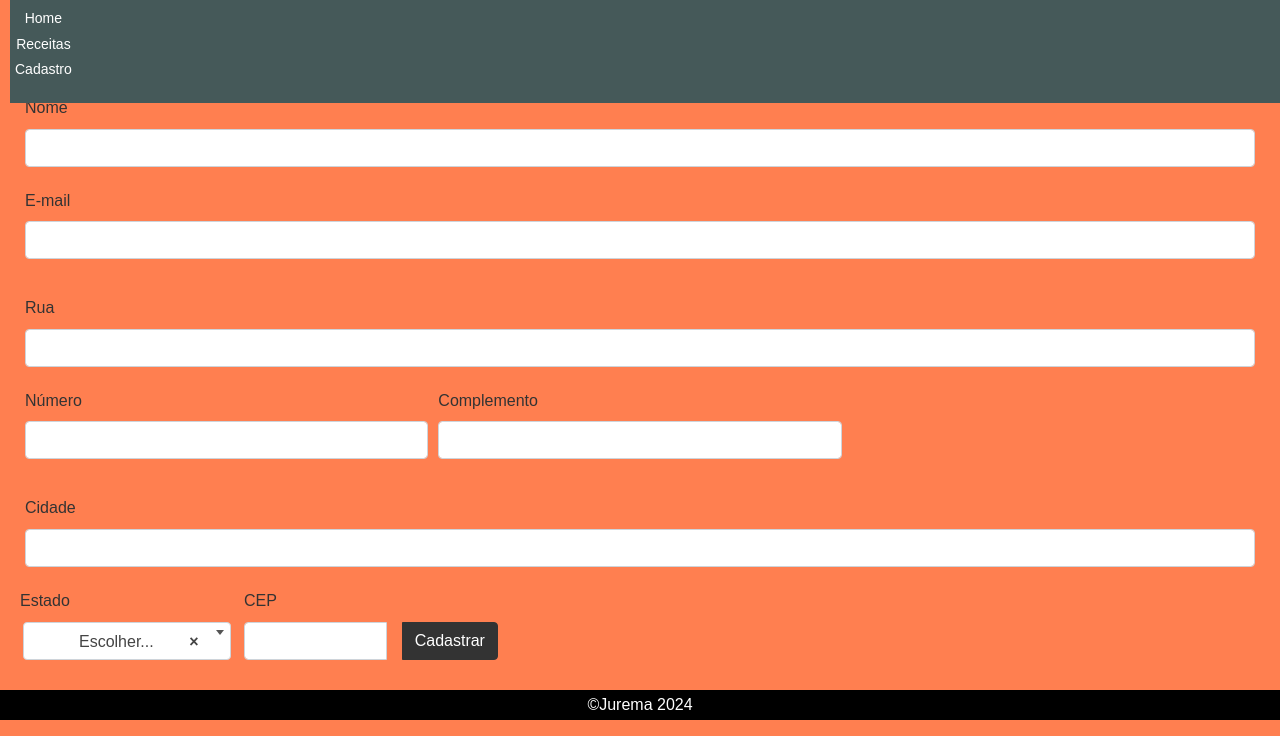
Repository: devropaes/RECEITAS
Page: OneDrive/Área de Trabalho/Estudos/Estácio/receitas/cadastro.html
An editor plug-in stored every save of this project. The page is shown before and after the next save, followed by the edit.
The browser window is 1280 px wide. The pictures show the whole page.

Above is the page before, as saved 2024-03-16 14:19:39.

### OneDrive/Área de Trabalho/Estudos/Estácio/receitas/cadastro.html
<!DOCTYPE html>
<html lang="pt-br">
<head>
    <meta charset="UTF-8">
    <meta http-equiv="X-UA-Compatible" content="IE=edge">
    <meta name="viewport" content="width=device-width, initial-scale=1.0">
    <title>Cadastro</title>
    <link rel="stylesheet" href="https://stackpath.bootstrapcdn.com/bootstrap/4.3.1/css/bootstrap.min.css" integrity="sha384-ggOyR0iXCbMQv3Xipma34MD+dH/1fQ784/j6cY/iJTQUOhcWr7x9JvoRxT2MZw1T" crossorigin="anonymous">
    <link href="https://cdnjs.cloudflare.com/ajax/libs/select2/4.0.13/css/select2.min.css" rel="stylesheet" />
    <link rel="stylesheet" href="cadastro.css">
    <link rel="stylesheet" href="formatos.css">

    <style>
        .navlist {
            justify-content: flex-start;
        }
    </style>
</head>
<body>
    <div class="page-container">
        <header>
            <nav>
                <ul class="navlist">
                    <li><a href="home.html">Home</a></li>
                    <li><a href="receitas.html">Receitas</a></li>
                    <li><a href="cadastro.html">Cadastro</a></li>
                </ul>
            </nav>
        </header>
    </body>

        <main class="container-fluid">
            <!-- Área Principal - Título e Formulário de Cadastro -->
            <div class="row">
                <div class="col-lg-12">
                    <h1 class="mt-4 text-left">Efetue seu Cadastro</h1>
                    <form>
                        <div class="form-row">
                            <div class="form-group col-md-12">
                                <label for="nome" class="float-left">Nome</label>
                                <input type="text" class="form-control" id="nome" required>
                            </div>
                            <div class="form-group col-md-12">
                                <label for="email" class="float-left">E-mail</label>
                                <input type="email" class="form-control" id="email" required>
                            </div>
                        </div>
                        <div class="form-row">
                            <div class="form-group col-md-12">
                                <label for="rua" class="float-left">Rua</label>
                                <input type="text" class="form-control" id="rua" required>
                            </div>
                            <div class="form-group col-md-4">
                                <label for="numero" class="float-left">Número</label>
                                <input type="text" class="form-control" id="numero" required>
                            </div>
                            <div class="form-group col-md-4">
                                <label for="complemento" class="float-left">Complemento</label>
                                <input type="text" class="form-control" id="complemento">
                            </div>
                        </div>
                        <div class="form-row">
                            <div class="form-group col-md-12">
                                <label for="cidade" class="float-left">Cidade</label>
                                <input type="text" class="form-control" id="cidade" required>
                            </div>

                            <div class="form-row">
                                <div class="form-group col-md-4">
                                    <label for="estado" class="float-left">Estado</label>
                                    <select id="estado" class="form-control" required>
                                    <option selected>Escolher...</option>
                                    <option value="AC">Acre</option>
                                    <option value="AL">Alagoas</option>
                                    <option value="AP">Amapá</option>
                                    <option value="AM">Amazonas</option>
                                    <option value="BA">Bahia</option>
                                    <option value="CE">Ceará</option>
                                    <option value="DF">Distrito Federal</option>
                                    <option value="ES">Espírito Santo</option>
                                    <option value="GO">Goiás</option>
                                    <option value="MA">Maranhão</option>
                                    <option value="MT">Mato Grosso</option>
                                    <option value="MS">Mato Grosso do Sul</option>
                                    <option value="MG">Minas Gerais</option>
                                    <option value="PA">Pará</option>
                                    <option value="PB">Paraíba</option>
                                    <option value="PR">Paraná</option>
                                    <option value="PE">Pernambuco</option>
                                    <option value="PI">Piauí</option>
                                    <option value="RJ">Rio de Janeiro</option>
                                    <option value="RN">Rio Grande do Norte</option>
                                    <option value="RS">Rio Grande do Sul</option>
                                    <option value="RO">Rondônia</option>
                                    <option value="RR">Roraima</option>
                                    <option value="SC">Santa Catarina</option>
                                    <option value="SP">São Paulo</option>
                                    <option value="SE">Sergipe</option>
                                    <option value="TO">Tocantins</option>
                                </select>
                            </div>
                            <div class="form-group col-md-5">
                                <label for="cep" class="float-left">CEP</label>
                                <div class="input-group">
                                    <input type="text" class="form-control mr-3" id="cep" required>
                                    <div class="input-group-append">
                                        <button type="submit" class="btn btn-primary mr-3">Cadastrar</button>
                                    </div>
                                </div>
                            </div>
                        </div>
                    </form>
                </div>
            </div>
        </main>


        <footer class="rodape">
          <p>&copy;Jurema 2024 </p>
     </footer>

     <script src="https://code.jquery.com/jquery-3.3.1.slim.min.js" integrity="sha384-q8i/X+965DzO0rT7abK41JStQIAqVgRVzpbzo5smXKp4YfRvH+8abtTE1Pi6jizo" crossorigin="anonymous"></script>
<script src="https://cdnjs.cloudflare.com/ajax/libs/popper.js/1.14.7/umd/popper.min.js" integrity="sha384-UO2eT0CpHqdSJQ6hJty5KVphtPhzWj9WO1clHTMGa3JDZwrnQq4sF86dIHNDz0W1" crossorigin="anonymous"></script>
<script src="https://stackpath.bootstrapcdn.com/bootstrap/4.3.1/js/bootstrap.min.js" integrity="sha384-JjSmVgyd0p3pXB1rRibZUAYoIIy6OrQ6VrjIEaFf/nJGzIxFDsf4x0xIM+B07jRM" crossorigin="anonymous"></script>
<script src="https://cdnjs.cloudflare.com/ajax/libs/select2/4.0.13/js/select2.min.js"></script>

<script>
    $(document).ready(function() {
        // Aplica o Select2 ao campo de seleção de estados
        $('#estado').select2({
            placeholder: 'Escolher...',
            allowClear: true, // Permite a limpeza da seleção
        });
    });
</script>

</body>
</html>

### OneDrive/Área de Trabalho/Estudos/Estácio/receitas/cadastro.css
* {
  margin: 0;
  padding: 0;
  box-sizing:content-box;
}

body {
  overflow-y: auto;
  background-color: var(--cor-primaria);
  font-family: var(--font-secundaria);
  font-size: 1em;
  font-weight: 300;
  text-align: left;
  margin: 0px;
  padding: 0px; /* Adicionado espaçamento interno ao corpo */
}
main {
  margin-bottom: 60px;
}

.container-fluid {
  width: 100%;
  padding-right: 15px;
  padding-left: 15px;
  margin-right: auto;
  margin-left: auto;
}

form {
  display: flex;
  flex-direction: column;
}

.form-row {
  margin-bottom: 15px;
}

.float-left {
  float: left;
  padding-top: 5px;
}

.float-right {
  float: right;
  padding-top: 5px;
}

/* Estilo personalizado para o Select2 */
.select2-container--default .select2-selection--single {
  height: 38px;
  padding: 8px 12px;
  border: 1px solid #ced4da; /* Corrigido */
  border-radius: 4px;
}

.select2-container--default .select2-selection--single .select2-selection__arrow {
  height: 18px;
}

.select2-container--default .select2-selection--single .select2-selection__rendered {
  line-height: 22px;
}

.select2-container--default .select2-selection--single .select2-selection__arrow b {
  border-color: #555 transparent transparent transparent;
}

#filtroEstado {
  margin-bottom: 15px;
}

.apresentacao {
  font-family: var(--font-secundaria);
  font-weight: 600;
  background-color: var(--cor-primaria);
  text-align: center;
  padding: 30px;
}

.btn-primary {
  color: var(--cor-hover);
  background-color: var(--cor-secundaria);
  border-color: var(--cor-secundaria);
  width: 100%; /* Adicionado */
  height: 38px; /* Adicionado */
}
/* Estilo personalizado para o botão "Cadastrar" */
.cadastrar-btn {
  /* Adicione seus estilos personalizados aqui */
}


.rodape {
  background-color: var(--cor-terciaria);
  border-color: var(--cor-hover);
  color: var(--cor-hover);
  text-align: center;
  padding: 10px;
  position: fixed;
  border-bottom: var(--cor-hover);
  left: 0;
  bottom: 0%;
  width: 100%;
  max-width: 100%;
  height: 25px;
  padding-top: 5px;
}

main {
  margin-bottom: 20px; /* Ajuste a margem inferior para acomodar a altura do rodapé mais uma margem extra */
}

### OneDrive/Área de Trabalho/Estudos/Estácio/receitas/formatos.css
:root {
    --cor-primaria: #ff7f50;
    --cor-header: #455959;
    --cor-secundaria: #333;
    --cor-terciaria: #000;
    --cor-hover: #fff;
    --cor-apagada:#ced4da;
    --font-primaria: "Arial, Helvetica", sans-serif;
    --font-secundaria: "Krona-One", sans-serif;
}

* {
    margin: 0;
    padding: 0;
    box-sizing: border-box;
}

header {
    position: fixed;
    top: 0;
    width: 100%;
    margin-top: 0;
    margin-left: 0;
    margin-right: 0;
    background-color:var(--cor-header);
    max-width: 100%;
    z-index: 1000;

}

body {
    background-color: var(--cor-primaria);
    color: var(--cor-secundaria);
    font-family: var(--font-secundaria);
    font-size: 16px;
    line-height: 1.6;
    font-weight: 400;
    text-align: center;
    margin: 5px;
    padding: 5px;
}
.navlist {

    background-color:var(--cor-header);
    color: var(--cor-apagada);
    padding: 5px;
    list-style: none;
    display:grid;
    justify-content:left;
    max-width: 100%;

}
.navlist li {

    margin-right: 10px;

}

.navlist a {
    text-decoration: none;
    font-family: var(--font-primaria);
    font-size: 14px;
    font-weight: normal;
    color:var(--cor-hover);
}
.navlist li a {
    color: var(--cor-hover); /* Cor do texto dentro dos links */

}

.logo-container {
    display: flex;
    align-items: center;
    font-size: 1em;
    margin-bottom: 50px;
    margin-top: 80px;
}

.logo {
    width: 70px;
    margin-right: 5px;
}

.receitas__tia__jurema {
    width: 80px;
    font-size: 2em;
    margin-bottom: 50px;
    padding: 50px;
    display: contents;
}

.content {
    display: flex;
    flex-direction: column;
    align-items: center;
    justify-content: center;
    text-align: center;
    margin-bottom: 60px;
}

.apresentacao {
    font-size: 1.5em;
    text-align: center;
    padding: 30px;
    width: 80%;
    margin: auto;
}

.apresentacao h2 {
    font-size: 1.5em;
    margin-bottom: 10px;
    padding: 10px;
    text-align: center;
}



.rodape {
    background-color: var(--cor-terciaria);
    border-color: var(--cor-hover);
    color: var(--cor-hover);
    text-align: center;
    padding: 10px;
    position: fixed;
    border-bottom: var(--cor-hover);
    left: 0;
    bottom: 0;
    width: 100%;
    height: 30px;
    max-width: 100%;
    line-height: 10px;
}

After the next save:
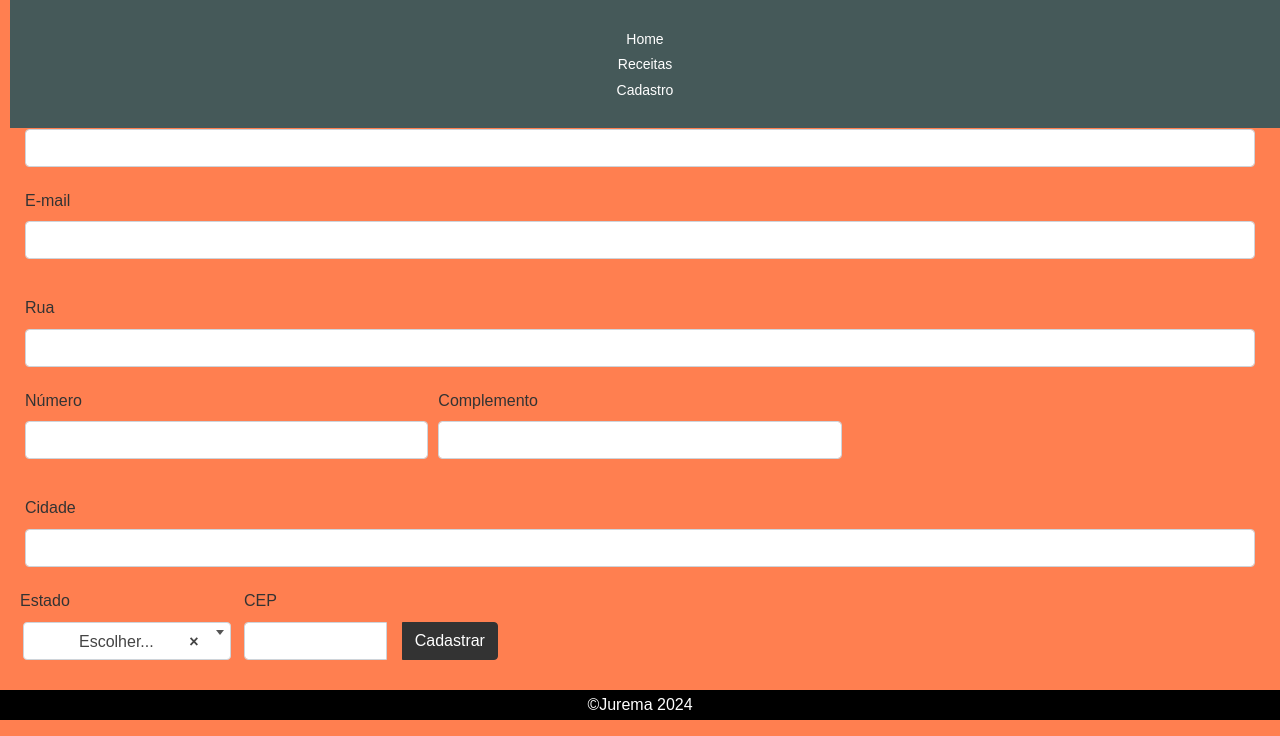
Saved 11 s later.
--- a/OneDrive/Área de Trabalho/Estudos/Estácio/receitas/formatos.css
+++ b/OneDrive/Área de Trabalho/Estudos/Estácio/receitas/formatos.css
@@ -45,7 +45,7 @@ body {
     color: var(--cor-apagada);
     padding: 5px;
     list-style: none;
-    display:grid;
+    display:inline;
     justify-content:left;
     max-width: 100%;
 
